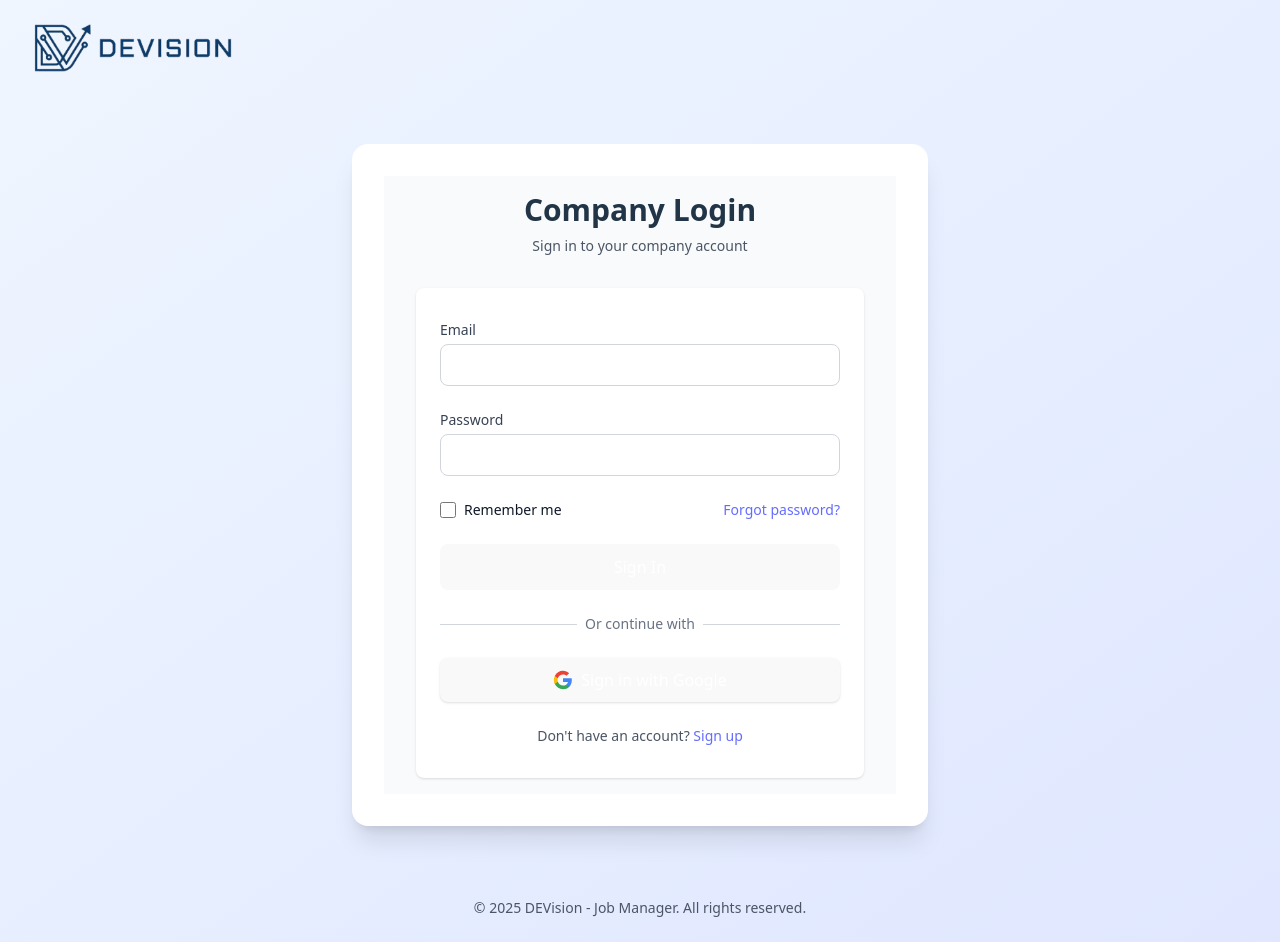
Repository: ISYS3461-2025C-Mulan-DEVision/JobManager_FE
Page: /login
An editor plug-in stored every save of this project. The page is shown before and after the next save, followed by the edit.
The browser window is 1280 px wide. The pictures show the whole page.
The project was rebuilt for these pictures with package versions that can differ from the ones it lists, and the page was loaded fresh each time. Also part of the build but not shown: vite.config.js, src/pages/Home.tsx, src/components/headless/Table/Table.tsx, src/components/headless/Modal/Modal.tsx, src/components/ui/Card/Card.tsx, src/components/ui/Spinner/Spinner.tsx, src/components/ui/Alert/Alert.tsx, src/components/feature/Authentication/CompanySignup/CompanySignupForm.tsx and 4 more.

Above is the page before, as saved 2025-12-12 14:09:11.

### index.html
<!doctype html>
<html lang="en">
  <head>
    <meta charset="UTF-8" />
    <link rel="icon" type="image/svg+xml" href="/logo/logo-icon.png" />
    <meta name="viewport" content="width=device-width, initial-scale=1.0" />
    <title>jobmanager-fe</title>
  </head>
  <body>
    <div id="root"></div>
    <script type="module" src="/src/main.jsx"></script>
  </body>
</html>

### src/main.tsx
import React, { StrictMode } from "react";
import { createRoot } from "react-dom/client";
import "./index.css";
import { BrowserRouter } from "react-router-dom";
import App from "./App.js";
import { Provider } from "react-redux";
import store from "./store/index.js";

const container = document.getElementById("root")!;
if (!container) {
    throw new Error("Root container not found");
} else {
    createRoot(container).render(
        <StrictMode>
            <Provider store={store}>
                <BrowserRouter>
                    <App />
                </BrowserRouter>
            </Provider>
        </StrictMode>,
    );
}

### src/App.tsx
import { Routes, Route, Link, useLocation } from "react-router-dom";
import Home from "./pages/Home";
import LoginPage from "./pages/LoginPage";
import RegistrationPage from "./pages/RegistrationPage";

function App() {
    const location = useLocation();
    const isAuthPage = location.pathname === "/login";

    return (
        <div>
            {!isAuthPage && (
                <nav className="p-4 bg-gray-800 text-white flex gap-4">
                    <Link to="/">Home</Link>
                    <Link to="/login">Login</Link>
                </nav>
            )}

            <Routes>
                <Route path="/" element={<Home />} />
                <Route path="/login" element={<LoginPage />} />
                <Route path="/register" element={<RegistrationPage />} />
            </Routes>
        </div>
    );
}

export default App;

### src/store/index.ts
import configureStore from "./configureStore";
const store = configureStore();
export default store;

### src/pages/LoginPage.tsx
import React from "react";
import { CompanyLogin } from "../components/feature/Authentication/CompanyLogin";
import AuthLayout from "../layout/AuthLayout";

export default function LoginPage() {
    return (
        <AuthLayout>
            <CompanyLogin />
        </AuthLayout>
    );
}

### src/store/configureStore.ts
import { createStore, applyMiddleware, Store } from "redux";
import { createLogger } from "redux-logger";
import createSagaMiddleware from "redux-saga";
import { enableBatching } from "redux-batched-actions";
import createReducer from "./reducers";
import rootSaga from "./saga";

const configureStore = (initialState = {}): Store => {
    const rootReducer = createReducer();
    const sagaMiddleware = createSagaMiddleware();

    const middlewares = [sagaMiddleware];

    const isDev = import.meta.env.VITE_NODE_ENV === "development";

    if (isDev) {
        const loggerMiddleware = createLogger({
            collapsed: () => true,
        });
        (middlewares as any[]).push(loggerMiddleware);
    }

    const store = createStore(
        enableBatching(rootReducer),
        initialState,
        applyMiddleware(...middlewares),
    );

    sagaMiddleware.run(rootSaga);

    return store;
};

export default configureStore;

### src/redux/app/actions.ts
import * as types from "./type";

const setLoading = (payload: boolean) => ({ type: types.SET_LOADING, payload });
const setError = (payload: string | null) => ({
    type: types.SET_ERROR,
    payload,
});
const setInitialized = (payload: boolean) => ({
    type: types.SET_INITIALIZED,
    payload,
});
const reset = () => ({ type: types.RESET });

const toggleLoadingAsync = (payload: boolean) => ({
    type: types.TOGGLE_LOADING_ASYNC,
    payload,
});

export default {
    setLoading,
    setError,
    setInitialized,
    reset,
    toggleLoadingAsync,
};

### src/components/feature/Authentication/CompanyLogin/index.ts
export { CompanyLogin } from "./CompanyLogin";

### src/store/reducers.ts
import { combineReducers } from "redux";
import { reducers } from "../redux";
import _ from "lodash";

const appReducer = combineReducers(reducers);
export default function createReducer() {
    const rootReducer = (state, action) => {
        if (action.type === "FORCE_UPDATE_GLOBAL_STATE") {
            return appReducer(_.cloneDeep(action.payload), action as never);
        }
        return appReducer(state, action as never);
    };

    return rootReducer;
}

### src/store/saga.ts
import { all, fork } from "redux-saga/effects";
import { sagas } from "../redux";

export default function* rootSaga() {
    yield all([...Object.values(sagas)].map(fork));
}

### src/redux/app/type.ts
const prefix = "APP/";

export const SET_LOADING = `${prefix}SET_LOADING`;
export const SET_ERROR = `${prefix}SET_ERROR`;
export const SET_INITIALIZED = `${prefix}SET_INITIALIZED`;
export const RESET = `${prefix}RESET`;

// test async action
export const TOGGLE_LOADING_ASYNC = `${prefix}TOGGLE_LOADING_ASYNC`;

### src/components/feature/Authentication/CompanyLogin/CompanyLogin.tsx
import React from "react";
import { HeadlessForm } from "@/components/headless";
import { CompanyLoginForm } from "./CompanyLoginForm";
import { useCompanyLogin } from "./hooks/useCompanyLogin";
import { LoginPayload } from "./types";

// Validation function
const validateLoginForm = (values: LoginPayload) => {
  const errors: Partial<Record<keyof LoginPayload, string>> = {};

  if (!values.email) {
    errors.email = "Email is required";
  } else if (!/^[A-Z0-9._%+-]+@[A-Z0-9.-]+\.[A-Z]{2,}$/i.test(values.email)) {
    errors.email = "Invalid email address";
  }

  if (!values.password) {
    errors.password = "Password is required";
  } else if (values.password.length < 6) {
    errors.password = "Password must be at least 6 characters";
  }

  return errors;
};

export const CompanyLogin: React.FC = () => {
  const { login, isLoading, error } = useCompanyLogin();

  return (
    <HeadlessForm<LoginPayload>
      initialValues={{ email: "", password: "" }}
      onSubmit={login}
      validate={validateLoginForm}
    >
      {(formProps) => (
        <CompanyLoginForm {...formProps} isLoading={isLoading} error={error} />
      )}
    </HeadlessForm>
  );
};

### src/redux/index.ts
const loadModules = (modules: Record<string, any>, hasDefault = false) =>
    Object.entries(modules).map(([path, mod]) => {
        const parts = path.split("/");
        return {
            name: parts.at(-1)!.replace(".js", "").toUpperCase(),
            key: parts.at(-2)!,
            data: hasDefault ? mod.default : mod,
        };
    });

const rawActions = loadModules(
    import.meta.glob("./**/actions.ts", { eager: true }),
    true,
);

const rawTypes = loadModules(
    import.meta.glob("./**/types.ts", { eager: true }),
    false,
);

const rawReducers = loadModules(
    import.meta.glob("./**/reducer.ts", { eager: true }),
    true,
);

const rawSagas = loadModules(
    import.meta.glob("./**/saga.ts", { eager: true }),
    false,
);

// Final exports
export const actions = rawActions.reduce((p, e) => ({ ...p, ...e.data }), {});
export const types = rawTypes.reduce((p, e) => ({ ...p, ...e.data }), {});
export const reducers = rawReducers.reduce(
    (p, e) => ({ ...p, [e.key]: e.data }),
    {},
);
export const sagas = rawSagas.reduce((p, e) => ({ ...p, ...e.data }), {});

### src/components/headless/index.ts
// Headless Components - Logic without UI
export { HeadlessForm } from "./Form";
export { HeadlessTable } from "./Table";
export { useTable } from "./Table/useTable";
export { HeadlessModal } from "./Modal";

// Types
export * from "./types";
export type { TableColumn } from "./Table/useTable";

### src/components/feature/Authentication/CompanyLogin/CompanyLoginForm.tsx
import React from "react";
import { Link } from "react-router-dom";
import { Input, Button, Alert, GoogleLogo } from "@/components/ui";
import { LoginPayload } from "./types";

interface CompanyLoginFormProps {
    values: LoginPayload;
    errors: Partial<Record<keyof LoginPayload, string>>;
    touched: Partial<Record<keyof LoginPayload, boolean>>;
    handleChange: (e: React.ChangeEvent<HTMLInputElement>) => void;
    handleBlur: (field: keyof LoginPayload) => void;
    handleSubmit: (e: React.FormEvent) => void;
    isLoading: boolean;
    error: string | null;
}

export const CompanyLoginForm: React.FC<CompanyLoginFormProps> = ({
    values,
    errors,
    touched,
    handleChange,
    handleBlur,
    handleSubmit,
    isLoading,
    error,
}) => {
    return (
        <div className="flex flex-col items-center justify-center bg-gray-50 py-4 px-1 sm:px-6 lg:px-8">
            <div className="text-center mb-8">
                <h2 className="text-3xl font-bold text-gray">
                    Company Login
                </h2>
                <p className="mt-2 text-sm text-gray-600">
                    Sign in to your company account
                </p>
            </div>

            <div className="w-full max-w-md bg-white py-8 px-6 shadow rounded-lg">
                {error && (
                    <Alert type="error" className="mb-4">
                        {error}
                    </Alert>
                )}

                <form onSubmit={handleSubmit} className="space-y-6">
                    <Input
                        label="Email"
                        id="email"
                        name="email"
                        type="email"
                        autoComplete="email"
                        required
                        value={values.email}
                        onChange={handleChange}
                        onBlur={() => handleBlur("email")}
                        error={touched.email ? errors.email : undefined}
                        fullWidth
                    />

                    <Input
                        label="Password"
                        id="password"
                        name="password"
                        type="password"
                        autoComplete="current-password"
                        required
                        value={values.password}
                        onChange={handleChange}
                        onBlur={() => handleBlur("password")}
                        error={
                            touched.password ? errors.password : undefined
                        }
                        fullWidth
                    />

                    <div className="flex items-center justify-between">
                        <div className="flex items-center">
                            <input
                                id="remember-me"
                                name="remember-me"
                                type="checkbox"
                                className="h-4 w-4 text-blue-600 focus:ring-blue-500 border-gray-300 rounded"
                            />
                            <label
                                htmlFor="remember-me"
                                className="ml-2 block text-sm text-gray-900"
                            >
                                Remember me
                            </label>
                        </div>

                        <div className="text-sm">
                            <a
                                href="#"
                                className="font-medium text-blue-600 hover:text-blue-500"
                            >
                                Forgot password?
                            </a>
                        </div>
                    </div>

                    <Button
                        type="submit"
                        variant="primary"
                        size="lg"
                        fullWidth
                        isLoading={isLoading}
                    >
                        Sign In
                    </Button>
                </form>

                <div className="mt-6">
                    <div className="relative">
                        <div className="absolute inset-0 flex items-center">
                            <div className="w-full border-t border-gray-300"></div>
                        </div>
                        <div className="relative flex justify-center text-sm">
                            <span className="px-2 bg-white text-gray-500">
                                Or continue with
                            </span>
                        </div>
                    </div>

                    <div className="mt-6">
                        <button
                            type="button"
                            onClick={() => {
                                // TODO: Implement Google OAuth flow
                                window.location.href = `${import.meta.env.VITE_API_URL || ''}/auth/google`;
                            }}
                            className="w-full inline-flex justify-center items-center px-4 py-2 border border-gray-300 shadow-sm text-sm font-medium rounded-md text-white bg-white hover:bg-gray-50 focus:outline-none focus:ring-2 focus:ring-offset-2 focus:ring-blue-500 transition-colors"
                        >
                            <GoogleLogo className="mr-2" />
                            Sign in with Google
                        </button>
                    </div>
                </div>

                <div className="mt-6 text-center">
                    <p className="text-sm text-gray-600">
                        Don't have an account?{" "}
                        <Link
                            to="/register"
                            className="font-medium text-blue-600 hover:text-blue-500"
                        >
                            Sign up
                        </Link>
                    </p>
                </div>
            </div>
        </div>
    );
};

### src/components/feature/Authentication/CompanyLogin/hooks/useCompanyLogin.ts
import { useState } from 'react';
import AuthService, { LoginPayload } from '../../api/AuthService';

export const useCompanyLogin = () => {
  const [isLoading, setIsLoading] = useState(false);
  const [error, setError] = useState<string | null>(null);

  const login = async (formData: LoginPayload) => {
    setIsLoading(true);
    setError(null);

    try {
      await AuthService.loginCompany(formData);
      // Handle success (e.g., redirect, store token)
      console.log("Login successful");
    } catch (err) {
      setError("Failed to login. Please check your credentials.");
      console.error(err);
    } finally {
      setIsLoading(false);
    }
  };

  return {
    login,
    isLoading,
    error,
  };
};

### src/components/ui/index.ts
// UI Components - Presentational components with styling
export * from "./Button";
export * from "./Input";
export * from "./Card";
export * from "./Spinner";
export * from "./Alert";
export * from "./GoogleLogo";

### src/redux/app/reducer.ts
import * as types from "./type";
export interface AppState {
    loading: boolean;
    error: string | null;
    initialized?: boolean;
    test: string;
}

const INITIAL_STATE: AppState = {
    loading: true,
    error: null,
    initialized: false,
    test: "test",
};

type Action = { type: string; payload?: any };

export default function appReducer(
    state: AppState = INITIAL_STATE,
    action: Action,
): AppState {
    switch (action.type) {
        case types.SET_LOADING:
            return { ...state, loading: !!action.payload };
        case types.SET_ERROR:
            return { ...state, error: action.payload ?? null, loading: false };
        case types.SET_INITIALIZED:
            return { ...state, initialized: !!action.payload };
        case types.RESET:
            return { ...INITIAL_STATE };
        default:
            return state;
    }
}

### src/redux/app/saga.ts
import { takeEvery, put, delay } from "redux-saga/effects";
import * as types from "./type";
import actions from "./actions";

function* handleToggleLoading(action: any) {
    yield delay(300);
    yield put(actions.setLoading(action.payload));
}

export function* watchToggleLoading() {
    yield takeEvery(types.TOGGLE_LOADING_ASYNC, handleToggleLoading);
}

### src/components/headless/Form/index.ts
export { HeadlessForm } from "./Form";

### src/components/headless/Table/index.ts
export { HeadlessTable } from "./Table";
export { useTable } from "./useTable";
export type { TableColumn } from "./useTable";

### src/components/headless/Modal/index.ts
export { HeadlessModal } from "./Modal";

### src/components/ui/Button/index.ts
export { Button } from "./Button";
export type { ButtonProps } from "./Button";

### src/components/ui/Input/index.ts
export { Input } from "./Input";
export type { InputProps } from "./Input";

### src/components/ui/Card/index.ts
export { Card, CardHeader, CardBody, CardFooter } from "./Card";
export type { CardProps } from "./Card";

### src/components/ui/Spinner/index.ts
export { Spinner } from "./Spinner";
export type { SpinnerProps } from "./Spinner";

### src/components/ui/Alert/index.ts
export { Alert } from "./Alert";
export type { AlertProps } from "./Alert";

### src/components/ui/GoogleLogo/index.ts
export { GoogleLogo } from "./GoogleLogo";
export type { GoogleLogoProps } from "./GoogleLogo";

Loaded but not shown: src/components/ui/Button/Button.tsx (81 lines, source omitted); src/components/headless/Form/Form.tsx (93 lines, source omitted); src/layout/AuthLayout.tsx (54 lines, source omitted); src/components/headless/types.ts (71 lines, source omitted); src/components/headless/Table/useTable.ts (76 lines, source omitted); src/components/ui/Input/Input.tsx (51 lines, source omitted); src/components/feature/Authentication/api/AuthService.ts (56 lines, source omitted); src/components/ui/GoogleLogo/GoogleLogo.tsx (43 lines, source omitted); src/index.css (68 lines, source omitted)

After the next save:
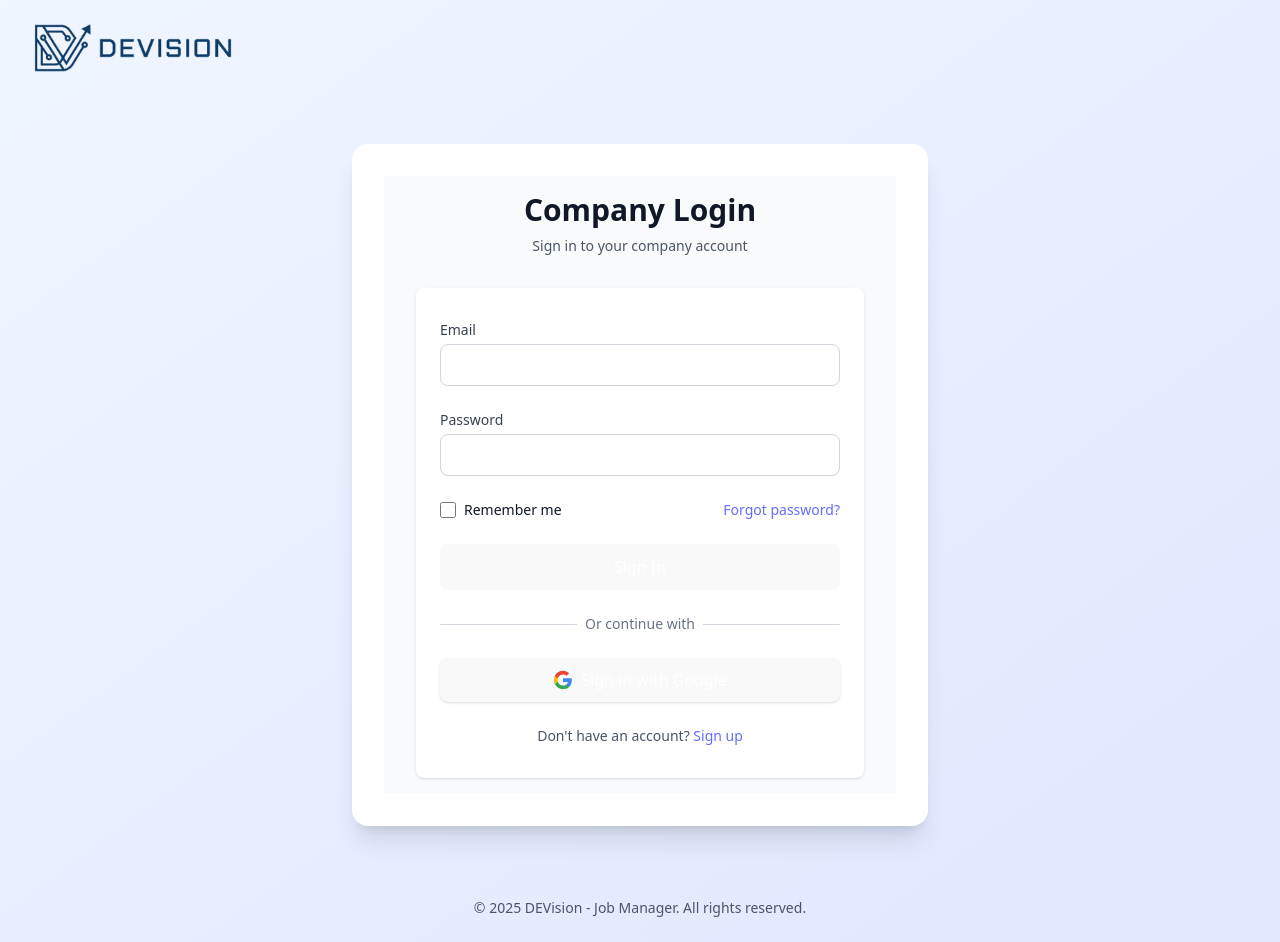
Saved 9 s later.
--- a/src/components/feature/Authentication/CompanyLogin/CompanyLoginForm.tsx
+++ b/src/components/feature/Authentication/CompanyLogin/CompanyLoginForm.tsx
@@ -27,7 +27,7 @@
     return (
         <div className="flex flex-col items-center justify-center bg-gray-50 py-4 px-1 sm:px-6 lg:px-8">
             <div className="text-center mb-8">
-                <h2 className="text-3xl font-bold text-gray">
+                <h2 className="text-3xl font-bold text-gray-900">
                     Company Login
                 </h2>
                 <p className="mt-2 text-sm text-gray-600">

After the save that followed:
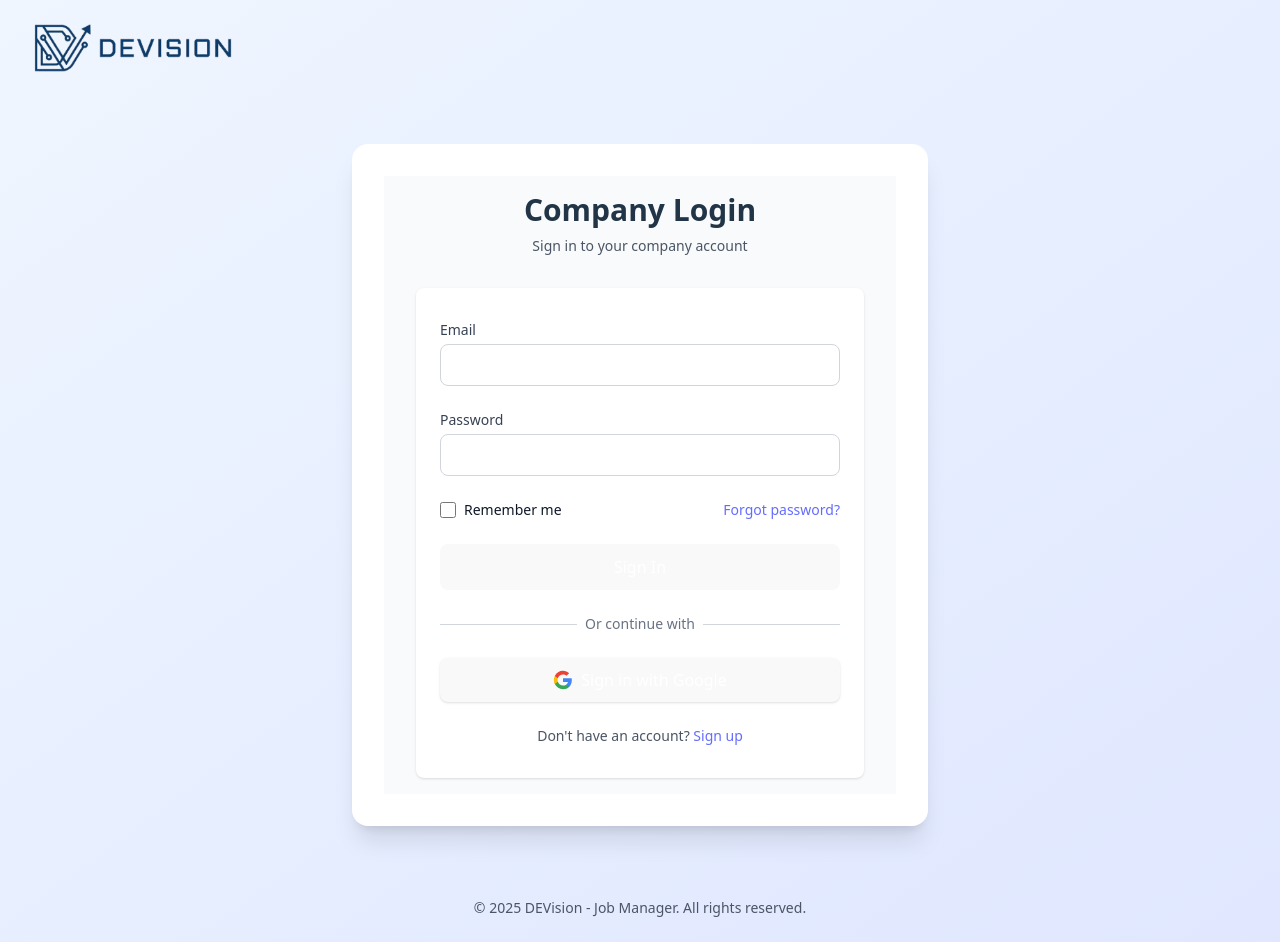
Saved 73 s later.
--- a/src/components/feature/Authentication/CompanyLogin/CompanyLoginForm.tsx
+++ b/src/components/feature/Authentication/CompanyLogin/CompanyLoginForm.tsx
@@ -27,7 +27,7 @@
     return (
         <div className="flex flex-col items-center justify-center bg-gray-50 py-4 px-1 sm:px-6 lg:px-8">
             <div className="text-center mb-8">
-                <h2 className="text-3xl font-bold text-gray-900">
+                <h2 className="text-3xl font-bold text-heading-text">
                     Company Login
                 </h2>
                 <p className="mt-2 text-sm text-gray-600">
